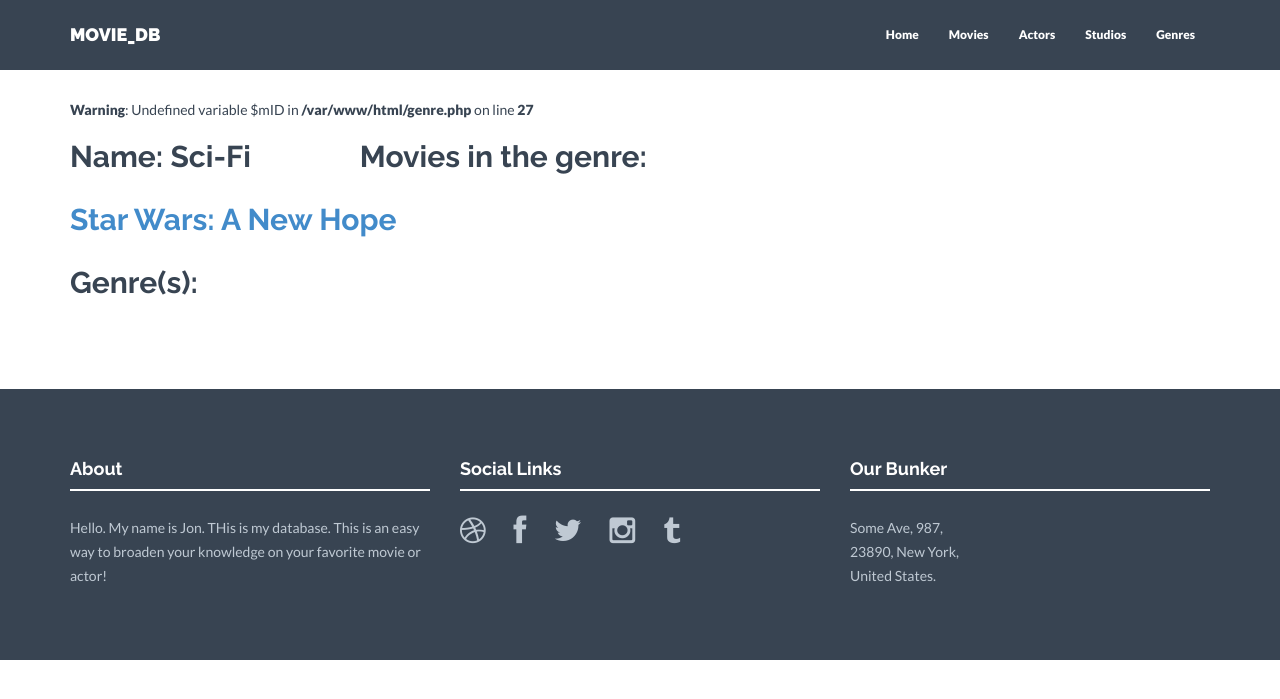
Repository: jonak91/Buzzerd-index
Page: http://localhost/genre.php?gID=1
The author's editor kept a record of every edit. The page is drawn from the files as they stood at one moment, then again after the next edit.
The browser window is 1280 px wide. The pictures show the whole page.
Some web libraries are served in a nearby version. The page is run by PHP 8.4 with error messages shown; the project is at /var/www/html/. The database holds what the project's SQL file puts in it.

Above is the page before.
Not found: assets/js/modernizr.js

### genre.php
<?php require_once( 'incl/functions.php' ); ?>
<?php require_once( 'incl/header.php' ); ?>

 <div class="container mtb">
	 	<div class="row">

	 		<?php
	 		$gID = $_GET['gID'];
	 		$genre = get_genre($gID);
	 		?>

	 		<! -- MAIN CONTENAT AREA -->
	 		<div class="col-lg-8">

					<table style="width:100%">

					<tr><td><h2>Name: <?php echo $genre['name']; ?></h2></td> <td><h2>Movies in the genre:</h2></td></tr>
					<?php $moviesfromgenre = get_moviesfromgenre($gID);
		 		foreach ($moviesfromgenre as $moviefromgenre) {?>
		 			<tr>
		 			<td colspan="2"><h2><a href="movie.php?mID=<?php echo $moviefromgenre['mID']; ?>"><?php echo $moviefromgenre['title']; ?></a></h2></td>
		 			</tr>
		 		<?php } ?>
		 		<tr>
		 		<td colspan="2"><h2>Genre(s):</h2></td>
		 		</tr>
		 		<?php $genresfrommovies = get_genresfrommovies($mID);
		 		foreach ($genresfrommovies as $genrefrommovie) { ?>
					<tr>
					<td<td colspan="2"></td><td><h2><a href="genre.php?gID=<?php echo $genrefrommovie['gID']; ?>"><?php echo $genrefrommovie['name']; ?></a></h2></td>
					</tr>
					<?php } ?>


					</table>

			</div><! --/ MAIN CONTENT AREA -->

	 	</div><! --/row -->
	 </div><! --/container -->

<?php require_once( 'incl/footer.php' ); ?>

### incl/functions.php
<?php
require_once('database.php');

$host= '127.0.0.1';
$u= 'jonak91';
$p = '';
$d= 'movies';

global $db;
$db= new Database($d, $u, $p, $host);

function get_movies(){
	$db = $GLOBALS['db'];
	$results = $db->query("SELECT * FROM movies ORDER BY title ASC"); //updated
	return $db->resToArray($results);
}

function get_5mostrecentmovies(){
	$db = $GLOBALS['db'];
	$results = $db->query("SELECT * FROM movies ORDER BY timestamp ASC LIMIT 5"); //updated
	return $db->resToArray($results);
}

function get_5mostrecentactors(){
	$db = $GLOBALS['db'];
	$results = $db->query("SELECT * FROM actors ORDER BY timestamp 'first_name' LIMIT 5"); //updated
	return $db->resToArray($results);
}

function get_actors(){
	$db= $GLOBALS['db'];
	$results = $db->query("SELECT * FROM actors ORDER BY 'first_name'"); //updated
	return $db->resToArray($results);
}

function get_studios(){
	$db= $GLOBALS['db'];
	$results = $db->query("SELECT * FROM studio"); //updated
	return $db->resToArray($results);
}

function get_genres(){
	$db= $GLOBALS['db'];
	$results = $db->query("SELECT * FROM genre"); //updated
	return $db->resToArray($results);
}

function get_movie($mID){
	$db= $GLOBALS['db'];
	$query= "SELECT * FROM movies WHERE mID = '$mID'"; //updated
	return $db->get_row($query);
}

function get_actor($aID){
	$db= $GLOBALS['db'];
	$query= "SELECT * FROM actors WHERE aID = '$aID'"; //updated
	return $db->get_row($query);
}

function get_studio($sID){
	$db= $GLOBALS['db'];
	$query= "SELECT * FROM studio WHERE sID = '$sID'"; //updated
	return $db->get_row($query);
}

function get_genre($gID){
	$db= $GLOBALS['db'];
	$query= "SELECT * FROM genre WHERE gID = '$gID'"; //updated
	return $db->get_row($query);
}

function get_moviesfromstudio($id){  //works
	$db= $GLOBALS['db'];
	$results= $db->query("SELECT * FROM movies JOIN studio ON movies.studioID = studio.sID WHERE studio.sID = '$id'");
	return $db->resToArray($results);
}

function get_genresfrommovies($id){
	$db= $GLOBALS['db'];
	$results= $db->query("SELECT * FROM genre JOIN movie_genres ON genre.gID = movie_genres.genreID JOIN movies ON movie_genres.movieID = movies.mID WHERE movies.mID = '$id'");
	return $db->resToArray($results);
}

function get_moviesfromactor($id){ //works
	$db= $GLOBALS['db'];
	$results= $db->query("SELECT * FROM movies JOIN movie_actors ON movies.mID = movie_actors.movieID JOIN actors ON movie_actors.actorID = actors.aID WHERE actors.aID = '$id'");
	return $db->resToArray($results);
}

function get_moviesfromgenre($id){ //works
	$db= $GLOBALS['db'];
	$results= $db->query("SELECT * FROM movies JOIN movie_genres ON movies.mID = movie_genres.movieID JOIN genre ON movie_genres.genreID = genre.gID WHERE genre.gID = '$id'");
	return $db->resToArray($results);
}

function get_actorsfrommovies($id){  //works
	$db= $GLOBALS['db'];
	$results= $db->query("SELECT * FROM actors JOIN movie_actors ON actors.aID = movie_actors.actorID JOIN movies ON movie_actors.movieID = movies.mID WHERE movies.mID = '$id'");
	return $db->resToArray($results);
}

function add_movie($info){		//works
	$db= $GLOBALS['db'];
	extract($info);
	$submitted= $db->query("INSERT INTO movies VALUES('', '$title', '$year_released', '$synopsis', '$was_novel', '$studioID', CURRENT_TIMESTAMP)");

	if($submitted){
		print "<h3>$title submitted!</h3>";
	}
}

function add_actor($info){		//works
	$db= $GLOBALS['db'];
	extract($info);
	$submitted= $db->query("INSERT INTO actors VALUES('', '$first_name', '$last_name', '$bio', '$dob', '$won_oscar', CURRENT_TIMESTAMP)");

	if($submitted){
		print "<h3>$first_name $last_name submitted!</h3>";
	}
}

function add_genre($info){		//works
	$db= $GLOBALS['db'];
	extract($info);
	$submitted= $db->query("INSERT INTO genre VALUES('', '$name', CURRENT_TIMESTAMP)");

	if($submitted){
		print "<h3>$name submitted!</h3>";
	}
}

function add_studio($info){		//works
	$db= $GLOBALS['db'];
	extract($info);
	$submitted= $db->query("INSERT INTO studio VALUES('', '$name', '$city', '$state', '$zip', CURRENT_TIMESTAMP)");

	if($submitted){
		print "<h3>$name submitted!</h3>";
	}
}

function assign_atm($info){		//works
	$db= $GLOBALS['db'];
	extract($info);
	$submitted= $db->query("INSERT INTO movie_actors VALUES('', '$movie', '$actor', CURRENT_TIMESTAMP)");

	if($submitted){
		print "<h3>assigned</h3>";
	}
}

function assign_gtm($info){		//works
	$db= $GLOBALS['db'];
	extract($info);
	$submitted= $db->query("INSERT INTO movie_genres VALUES('', '$movie', '$genre', CURRENT_TIMESTAMP)");

	if($submitted){
		print "<h3>assigned</h3>";
	}
}

function search($id){
	$db = $GLOBALS['db'];
	$results = $db->query("SELECT * FROM movies WHERE title LIKE '%$id%'");
	return $db->resToArray($results);
}


?>

### incl/database.php
<?php
class Database{
        var $dbName;
        var $user;
        var $password;
        var $host;
        var $lastID;
        var $dbConn;

        //constructor
        function __construct($db, $u, $p, $h){
                $this->dbName= $db;
                $this->user= $u;
                $this->password= $p;
                $this->host= $h;

                //metadata to get entire table list?
        }

        //any query
        function query($query){
                        $this->dbConn= new mysqli($this->host, $this->user, $this->password, $this->dbName);
                        if($this->dbConn->connect_errno > 0){
                                die('Unable to connect to database [' . $dbh->connect_error . ']');
                        }

                        $result= $this->dbConn->query($query) or die('There was an error running the query [' . $this->dbConn->error . ']');
                        $this->lastID= $this->dbConn->insert_id;
                        $this->dbConn->close();

                        return $result;
        }

        function resToArray($res){
                $data= array();
                while($info= mysqli_fetch_assoc($res)){
                        $data[]= $info;
                }

                return $data;
        }

        function get_column($query){

                $res= $this->query($query);

                $data= array();

                while($info= mysqli_fetch_assoc($res)){
                        $key= array_keys($info);
                        $key= $key[0];
                        $data[]= $info[$key];
                }

                return $data;
        }

        function get_row($query){
                $res= $this->query($query);
                $res= $this->resToArray($res);

            return ($res == false) ? $res : $res[0];
        }

        function get_var($query){
                $res= $this->query($query);

                $info= mysqli_fetch_array($res);

                return $info[0];
        }


        function get_mysql_timestamp(){
                return date('Y-m-d H:i:s', time());
        }

        function print_array( $a ) {
        ?>
          <pre>
          <?php var_dump( $a ); ?>
          </pre>
        <?php
        }


        function clean_array($info){
                foreach($info as $key => $val){
                        $info["$key"]= $this->clean($val);
                }

                return $info;
        }


        function clean($a){
                $this->dbConn= new mysqli($this->host, $this->user, $this->password, $this->dbName);
                $a= $this->dbConn->real_escape_string($a);
                $this->dbConn->close();

                return $a;
        }

}


?>

### incl/header.php
<!DOCTYPE html>
<html lang="en">
  <head>
    <meta charset="utf-8">
    <meta http-equiv="X-UA-Compatible" content="IE=edge">
    <meta name="viewport" content="width=device-width, initial-scale=1">
    <meta name="description" content="">
    <meta name="author" content="">
    <link rel="shortcut icon" href="assets/ico/favicon.ico">

    <title>SOLID - Bootstrap 3 Theme</title>

    <!-- Bootstrap core CSS -->
    <link href="assets/css/bootstrap.css" rel="stylesheet">

    <!-- Custom styles for this template -->
    <link href="assets/css/style.css" rel="stylesheet">
    <link href="assets/css/font-awesome.min.css" rel="stylesheet">


    <!-- Just for debugging purposes. Don't actually copy this line! -->
    <!--[if lt IE 9]><script src="../../assets/js/ie8-responsive-file-warning.js"></script><![endif]-->

    <!-- HTML5 shim and Respond.js IE8 support of HTML5 elements and media queries -->
    <!--[if lt IE 9]>
      <script src="https://oss.maxcdn.com/libs/html5shiv/3.7.0/html5shiv.js"></script>
      <script src="https://oss.maxcdn.com/libs/respond.js/1.4.2/respond.min.js"></script>
    <![endif]-->

    <script src="assets/js/modernizr.js"></script>
  </head>

  <body>

    <!-- Fixed navbar -->
    <div class="navbar navbar-default navbar-fixed-top" role="navigation">
      <div class="container">
        <div class="navbar-header">
          <button type="button" class="navbar-toggle" data-toggle="collapse" data-target=".navbar-collapse">
            <span class="sr-only">Toggle navigation</span>
            <span class="icon-bar"></span>
            <span class="icon-bar"></span>
            <span class="icon-bar"></span>
          </button>
          <a class="navbar-brand" href="index.php">MOVIE_DB</a>
        </div>
        <div class="navbar-collapse collapse navbar-right">
          <ul class="nav navbar-nav">
            <li><a href="index.php">Home</a></li>
            <li><a href="movies.php">Movies</a></li>
            <li><a href="actors.php">Actors</a></li>
            <li><a href="studios.php">Studios</a></li>
            <li><a href="genres.php">Genres</a></li>
          </ul>
        </div><!--/.nav-collapse -->
      </div>
    </div>

### incl/footer.php


	<!-- *****************************************************************************************************************
	 FOOTER
	 ***************************************************************************************************************** -->
	 <div id="footerwrap">
	 	<div class="container">
		 	<div class="row">
		 		<div class="col-lg-4">
		 			<h4>About</h4>
		 			<div class="hline-w"></div>
		 			<p>Hello. My name is Jon. THis is my database. This is an easy way to broaden your knowledge on your favorite movie or actor!</p>
		 		</div>
		 		<div class="col-lg-4">
		 			<h4>Social Links</h4>
		 			<div class="hline-w"></div>
		 			<p>
		 				<a href="#"><i class="fa fa-dribbble"></i></a>
		 				<a href="#"><i class="fa fa-facebook"></i></a>
		 				<a href="#"><i class="fa fa-twitter"></i></a>
		 				<a href="#"><i class="fa fa-instagram"></i></a>
		 				<a href="#"><i class="fa fa-tumblr"></i></a>
		 			</p>
		 		</div>
		 		<div class="col-lg-4">
		 			<h4>Our Bunker</h4>
		 			<div class="hline-w"></div>
		 			<p>
		 				Some Ave, 987,<br/>
		 				23890, New York,<br/>
		 				United States.<br/>
		 			</p>
		 		</div>

		 	</div><! --/row -->
	 	</div><! --/container -->
	 </div><! --/footerwrap -->

    <!-- Bootstrap core JavaScript
    ================================================== -->
    <!-- Placed at the end of the document so the pages load faster -->
    <script src="https://ajax.googleapis.com/ajax/libs/jquery/1.11.0/jquery.min.js"></script>
    <script src="assets/js/bootstrap.min.js"></script>
	<script src="assets/js/retina-1.1.0.js"></script>
	<script src="assets/js/jquery.hoverdir.js"></script>
	<script src="assets/js/jquery.hoverex.min.js"></script>
	<script src="assets/js/jquery.prettyPhoto.js"></script>
  	<script src="assets/js/jquery.isotope.min.js"></script>
  	<script src="assets/js/custom.js"></script>


  </body>
</html>

### assets/css/style.css
/*	################################################################

	Author: Carlos Alvarez
	URL: http://alvarez.is

	Project Name: SOLID - Bootstrap 3 Theme
	Version: 1.0
	URL: http://alvarez.is

################################################################# */
@import url(http://fonts.googleapis.com/css?family=Raleway:400,700,900);
@import url(http://fonts.googleapis.com/css?family=Lato:400,900);
@import url("prettyPhoto.css") screen;
@import url("hoverex-all.css") screen;

/*	################################################################
	1. GENERAL STRUCTURES
################################################################# */
	* {
		margin: 0;
		padding: 0px;
	}

body {
	background: #ffffff;
	margin: 0;
	height: 100%;
	color: #384452;
	font-family: 'Lato', sans-serif;
	font-weight: 400;
	}

h1, h2, h3, h4, h5, h6 {
	font-family: 'Raleway', sans-serif;
	font-weight: 700;
}

p {
	padding: 0;
	margin-bottom: 12px;
	font-family: 'Lato', sans-serif;
	font-weight: 400;
	font-size: 14px;
	line-height: 24px;
	color: #384452;
	margin-top: 10px;
}

img {
	height: auto;
	max-width: 100%;
}

a {
	padding: 0;
	margin: 0;
	text-decoration: none;
	-webkit-transition: background-color .4s linear, color .4s linear;
	-moz-transition: background-color .4s linear, color .4s linear;
	-o-transition: background-color .4s linear, color .4s linear;
	-ms-transition: background-color .4s linear, color .4s linear;
	transition: background-color .4s linear, color .4s linear;
}
a:hover,
a:focus {
  text-decoration: none;
  color:#01b2fe;
}

::-moz-selection  {
	color: #fff;
	text-shadow:none;
	background:#2B2E31;
}
::selection {
	color: #fff;
	text-shadow:none;
	background:#2B2E31;
}

.centered {
	text-align: center
}

/*	################################################################
	BOOTSTRAP MODIFICATIONS & TWEAKS
################################################################# */
.navbar {
	min-height: 70px;
	padding-top: 10px;
	margin-bottom: 0px;
}

.navbar-brand {
	font-family: 'Raleway', sans-serif;
	font-weight: 900;
}

.navbar-header .navbar-brand {
	color: white;
}

.navbar-default .navbar-nav > li > a {
	color: white;
	font-weight: 700;
	font-size: 12px;
}

.navbar-default .navbar-nav > li > a:hover {
	color: #00b3fe;
}

.navbar-default .navbar-nav > .active > a, .navbar-default .navbar-nav > .active > a:hover, .navbar-default .navbar-nav > .active > a:focus {
	color: #00b3fe;
	background-color: transparent;
}

.navbar-default {
	background-color: #384452;
	border-color: transparent;
}

.dropdown-menu {
	background: #384452;
}

.dropdown-menu > li > a {
	color: white;
	font-weight: 700;
	font-size: 12px;
}

.btn-theme {
  color: #fff;
  background-color: #384452;
  border-color: #384452;
  margin: 4px;
}
.btn-theme:hover,
.btn-theme:focus,
.btn-theme:active,
.btn-theme.active,
.open .dropdown-toggle.btn-theme {
  color: #fff;
  background-color: #00b3fe;
  border-color: #00b3fe;
}

.dmbutton:hover,
.dmbutton:active,
.dmbutton:focus{
	color: #ffffff;
	background-color: #222222;
	border-color: #ffffff;
}
.dmbutton {
	background:rgba(0, 0, 0, 0);
	border: 1px solid #ffffff;
	color: #ffffff;
	-webkit-border-radius: 2px;
	border-radius: 2px;
	padding-top: 1.025rem;
	padding-right: 2.25rem;
	letter-spacing:0.85px;
	padding-bottom: 1.0875rem;
	padding-left: 2.25rem;
	font-size: 1.55rem;
	cursor: pointer;
	font-weight: normal;
	line-height: normal;
	margin: 0 0 1.25rem;
	text-decoration: none;
	text-align: center;
	display: inline-block;
	-webkit-transition: background-color 300ms ease-out;
	-moz-transition: background-color 300ms ease-out;
	transition: background-color 300ms ease-out;
	-webkit-appearance: none;
	font-weight: normal !important;
}

.mtb {
	margin-top: 80px;
	margin-bottom: 80px;
}

.mb {
	margin-bottom: 60px;
}

.mt {
	margin-top: 60px;
}

.hline {
	border-bottom: 2px solid #384452;
}

.hline-w {
	border-bottom: 2px solid #ffffff;
	margin-bottom: 25px;
}
/*	################################################################
	SITE WRAPS
################################################################# */

#headerwrap {
	background-color: #00b3fe;
	min-height: 550px;
	padding-top: 100px;
	padding-bottom: 0px;
	text-align: center;
}

#headerwrap h3, h5 {
	color: white;
	font-weight: 400;
}

#headerwrap h1 {
	color: white;
	margin-bottom: 25px;
}

#headerwrap .img-responsive {
	margin: 0 auto;
}

/* Services Wrap */
#service {
	margin-top: 100px;
	margin-bottom: 80px;
}

#service i {
	color: #00b3fe;
	font-size: 60px;
	padding: 15px;
}

/* Portfolio Wrap */
#portfoliowrap {
	padding-top: 60px;
	margin-bottom: 60px;
	display: block;
	text-align: center
}

#portfoliowrap h3 {
	margin-bottom: 25px;
}

.portfolio {
	padding:0 !important;
	margin:0 !important;
	display:block;
}


.portfolio-item .title:before {border-radius:0; display:none}
.portfolio-item p {margin:0px 0 30px;}
.portfolio-item h3 {margin:-10px 0 10px; font-size:16px; text-transform:uppercase;}


.tpl6 h3
{
	color:#fff;
	margin:0;
	padding:40px 5px 0;
	font-size:16px;
	text-transform:uppercase;
}
.tpl6 .dmbutton
{
	display:inline-block;
	margin:30px 5px 20px 5px;
	font-size:13px;
}

.tpl6 .bg
{
	height:100%;
	width:100%;
	background-color:#00b3fe;
	background-color:rgba(0,179,254,.9);
	text-align:center;
}

/* Testimonials Wrap */
#twrap {
	background: url(../img/t-back.jpg) no-repeat center top;
	margin-top: 0px;
	padding-top:60px;
	text-align:center;
	background-attachment: relative;
	background-position: center center;
	min-height: 450px;
	width: 100%;

    -webkit-background-size: 100%;
    -moz-background-size: 100%;
    -o-background-size: 100%;
    background-size: 100%;

    -webkit-background-size: cover;
    -moz-background-size: cover;
    -o-background-size: cover;
    background-size: cover;
}

#twrap i {
	font-size: 50px;
	color: white;
	margin-bottom: 25px;
}

#twrap p {
	color: white;
	font-size: 15px;
	line-height: 30px;
}

/* clients logo */
#cwrap {
	background: #f7f7f7;
	margin-top: 0px;
	padding-top: 80px;
	padding-bottom: 100px;
}

#cwrap h3 {
	margin-bottom: 60px;
}

/* Footer */
#footerwrap {
	padding-top: 60px;
	padding-bottom: 60px;
	background: #384452;
}

#footerwrap p {
	color: #bfc9d3;
}

#footerwrap h4 {
	color: white;
}

#footerwrap i {
	font-size: 30px;
	color: #bfc9d3;
	padding-right: 25px;
}

#footerwrap i:hover {
	color: #00b3fe
}

/*	################################################################
	PAGE CONFIGURATIONS
################################################################# */
/* General Tweaks */

#blue {
	background: #00b3fe;
	margin-top: 60px;
	margin-bottom: 60px;
	padding-top: 25px;
	padding-bottom: 25px;
}

#blue h3 {
	color: white;
	margin-left: 15px;
}

.ctitle {
	color: #00b3fe;
	font-weight: 700;
	margin-bottom: 15px;
}

csmall {
	font-size: 12px;
	color: #b3b3b3;
}
csmall2 {
	font-size: 12px;
	color: #f39c12
}

.spacing {
	margin-top: 40px;
	margin-bottom: 40px;
}

.badge-theme {
	background: #00b3fe;
}

/* Contact Page */
#contactwrap {
	background: url(../img/contact.jpg) no-repeat center top;
	margin-top: -60px;
	padding-top:0px;
	text-align:center;
	background-attachment: relative;
	background-position: center center;
	min-height: 400px;
	width: 100%;

    -webkit-background-size: 100%;
    -moz-background-size: 100%;
    -o-background-size: 100%;
    background-size: 100%;

    -webkit-background-size: cover;
    -moz-background-size: cover;
    -o-background-size: cover;
    background-size: cover;
}

/* Blog Page */
.popular-posts {
	margin: 0px;
	padding-left: 0px;
	}

.popular-posts li {
	list-style: none;
	margin-bottom: 20px;
	min-height: 70px;
}
.popular-posts li a,
.popular-posts li a:hover {
	color:#2f2f2f;
	text-decoration: none;
	}

.popular-posts li img {
	float: left;
	margin-right: 20px;
	}

.popular-posts li em {
	font-family: 'Lato', sans-serif;
	font-size: 12px;
	color: #b3b3b3
	}

.popular-posts p {
	line-height: normal;
	margin-bottom: auto;
}

.share i {
	padding-right: 15px;
	font-size: 18px;
}

### job.sql (the tables this page reads)
CREATE TABLE IF NOT EXISTS `genre` (
`gID` smallint(6) NOT NULL,
  `name` varchar(50) NOT NULL,
  `timestamp` timestamp NOT NULL DEFAULT CURRENT_TIMESTAMP ON UPDATE CURRENT_TIMESTAMP
) ENGINE=InnoDB AUTO_INCREMENT=7 DEFAULT CHARSET=latin1;

INSERT INTO `genre` (`gID`, `name`, `timestamp`) VALUES
(1, 'Sci-Fi', '2014-11-21 13:16:26'),
(2, 'Fantasy', '2014-11-21 13:16:26'),
(3, 'Political Satire', '2014-11-21 13:16:38'),
(4, 'Comedy', '2014-11-21 13:16:38'),
(5, 'Crime', '2014-11-21 13:26:18'),
(6, 'Thriller', '2014-11-21 13:26:18');

ALTER TABLE `genre`
 ADD PRIMARY KEY (`gID`);

ALTER TABLE `genre`
MODIFY `gID` smallint(6) NOT NULL AUTO_INCREMENT,AUTO_INCREMENT=7;

CREATE TABLE IF NOT EXISTS `movie_genres` (
`mgID` int(11) NOT NULL,
  `movieID` mediumint(9) NOT NULL,
  `genreID` smallint(6) NOT NULL,
  `timestamp` timestamp NOT NULL DEFAULT CURRENT_TIMESTAMP ON UPDATE CURRENT_TIMESTAMP
) ENGINE=InnoDB AUTO_INCREMENT=9 DEFAULT CHARSET=latin1;

INSERT INTO `movie_genres` (`mgID`, `movieID`, `genreID`, `timestamp`) VALUES
(1, 1, 1, '2014-11-21 13:16:52'),
(2, 1, 2, '2014-11-21 13:16:52'),
(3, 2, 3, '2014-11-21 13:17:03'),
(4, 2, 4, '2014-11-21 13:17:03'),
(5, 3, 5, '2014-11-21 13:26:39'),
(6, 3, 6, '2014-11-21 13:26:39'),
(7, 4, 5, '2014-11-21 13:26:51'),
(8, 4, 6, '2014-11-21 13:26:51');

ALTER TABLE `movie_genres`
 ADD PRIMARY KEY (`mgID`);

ALTER TABLE `movie_genres`
MODIFY `mgID` int(11) NOT NULL AUTO_INCREMENT,AUTO_INCREMENT=9;

CREATE TABLE IF NOT EXISTS `movies` (
`mID` mediumint(9) NOT NULL,
  `title` varchar(50) NOT NULL,
  `year_released` year(4) NOT NULL,
  `synopsis` longtext NOT NULL,
  `was_novel` tinyint(4) NOT NULL,
  `studioID` mediumint(9) NOT NULL,
  `timestamp` timestamp NOT NULL DEFAULT CURRENT_TIMESTAMP ON UPDATE CURRENT_TIMESTAMP
) ENGINE=InnoDB AUTO_INCREMENT=5 DEFAULT CHARSET=latin1;

INSERT INTO `movies` (`mID`, `title`, `year_released`, `synopsis`, `was_novel`, `studioID`, `timestamp`) VALUES
(1, 'Star Wars: A New Hope', 1977, 'Hokey religions and ancient weapons are no match for a good blaster at your side, kid. You''re all clear, kid. Let''s blow this thing and go home! I suggest you try it again, Luke. This time, let go your conscious self and act on instinct.', 0, 1, '2014-11-21 13:13:25'),
(2, 'Men Who Stare at Goats', 2009, 'Did you dress her up like this? Who''s that then? I''m not a witch. But you are dressed as oneâ€¦ Well, how''d you become king, then?', 1, 2, '2014-11-21 13:13:25'),
(3, 'Ocean''s Eleven', 2001, 'Ut enim ad minim veniam, quis nostrud exercitation ullamco. Sed ut perspiciatis unde omnis iste natus error sit voluptatem. Cupiditate non provident, similique sunt in culpa qui officia deserunt mollitia. Ut enim ad minima veniam, quis nostrum exercitationem ullam corporis suscipit laboriosam.', 0, 3, '2014-11-21 13:21:49'),
(4, 'Ocean''s Twleve', 2004, 'Eaque ipsa quae ab illo inventore veritatis et quasi. Architecto beatae vitae dicta sunt explicabo. Et iusto odio dignissimos ducimus qui blanditiis praesentium voluptatum deleniti atque. Cupiditate non provident, similique sunt in culpa qui officia deserunt mollitia. Fugiat quo voluptas nulla pariatur? Nihil molestiae consequatur, vel illum qui dolorem eum.', 0, 3, '2014-11-21 13:21:49');

ALTER TABLE `movies`
 ADD PRIMARY KEY (`mID`);

ALTER TABLE `movies`
MODIFY `mID` mediumint(9) NOT NULL AUTO_INCREMENT,AUTO_INCREMENT=5;

Loaded but not shown: assets/css/bootstrap.css (library); assets/css/font-awesome.min.css (library); assets/js/bootstrap.min.js (library); assets/js/jquery.hoverdir.js (library); assets/js/jquery.hoverex.min.js (library); assets/js/jquery.prettyPhoto.js (library); assets/js/jquery.isotope.min.js (library); assets/js/custom.js (common file); assets/js/retina-1.1.0.js (151 lines, source omitted); assets/css/hoverex-all.css (2838 lines, source omitted); assets/css/prettyPhoto.css (170 lines, source omitted)

After the next edit:
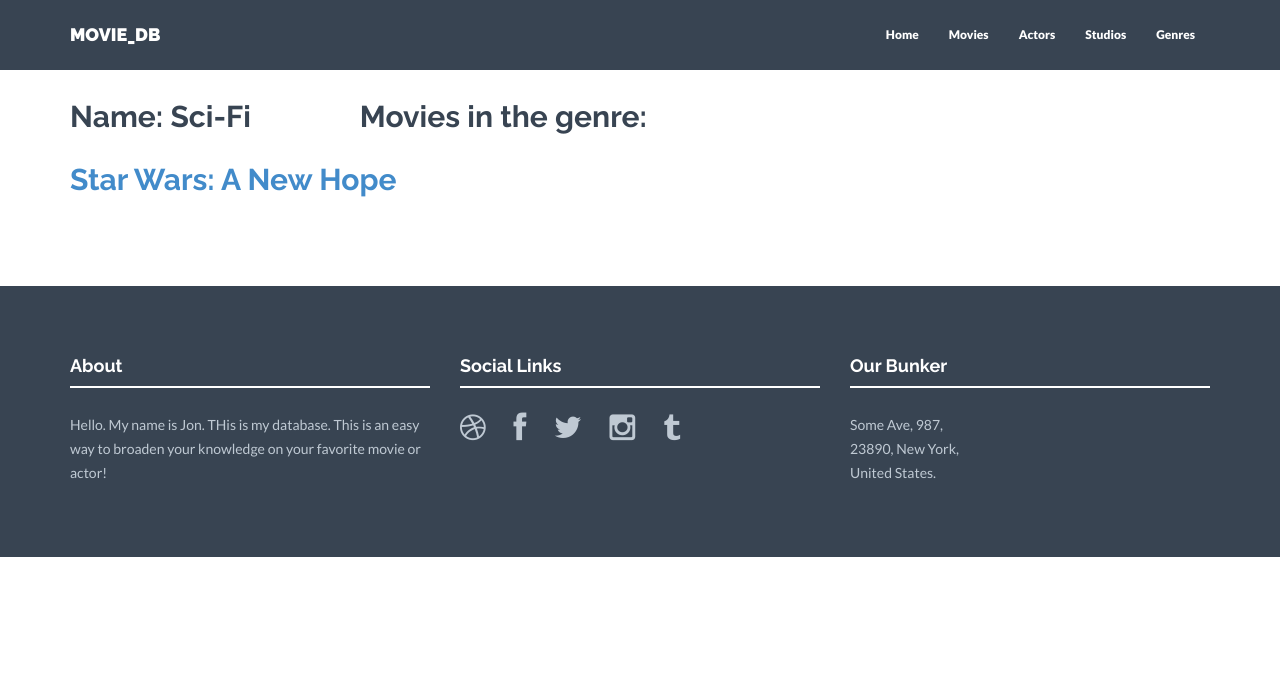
The edit:
--- a/genre.php
+++ b/genre.php
@@ -21,15 +21,6 @@
 		 			<td colspan="2"><h2><a href="movie.php?mID=<?php echo $moviefromgenre['mID']; ?>"><?php echo $moviefromgenre['title']; ?></a></h2></td>
 		 			</tr>
 		 		<?php } ?>
-		 		<tr>
-		 		<td colspan="2"><h2>Genre(s):</h2></td>
-		 		</tr>
-		 		<?php $genresfrommovies = get_genresfrommovies($mID);
-		 		foreach ($genresfrommovies as $genrefrommovie) { ?>
-					<tr>
-					<td<td colspan="2"></td><td><h2><a href="genre.php?gID=<?php echo $genrefrommovie['gID']; ?>"><?php echo $genrefrommovie['name']; ?></a></h2></td>
-					</tr>
-					<?php } ?>
 
 
 					</table>
